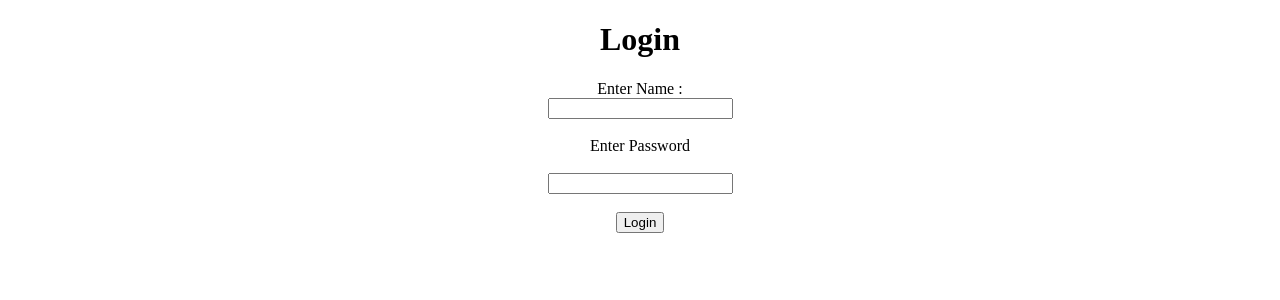
Repository: Vishalrathod8788/JEE
Page: Login/WebContent/index.html
These files come from the project's save history. The page is drawn as it stood at one moment and after the next save; the edit follows.
The browser window is 1280 px wide. The pictures show the whole page.

Above is the page before, as saved 2023-07-07 11:41:49.

### Login/WebContent/index.html
<!DOCTYPE html>
<html>
<head>
<meta charset="ISO-8859-1">
<title>Insert title here</title>
</head>
<body>
	<h1 style="text-align: center;">Login</h1>
	<form method="post" style="text-align: center;">
		Enter Name : <br />
		<input type="text" name="txtName" /><br /><br />
		Enter Password<br /><br />
		<input type="password" name="txtPass" /><br /><br />
		<input type="submit" value="Login">
	</form>
</body>
</html>

After the next save:
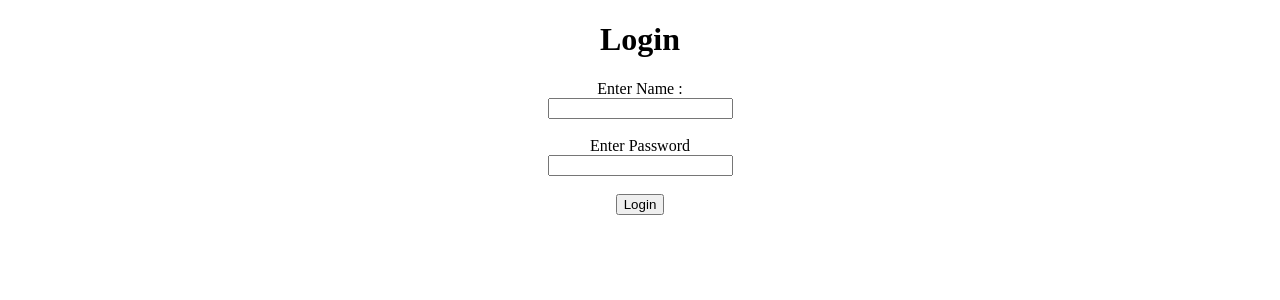
Saved 8 s later.
--- a/Login/WebContent/index.html
+++ b/Login/WebContent/index.html
@@ -9,7 +9,7 @@
 	<form method="post" style="text-align: center;">
 		Enter Name : <br />
 		<input type="text" name="txtName" /><br /><br />
-		Enter Password<br /><br />
+		Enter Password<br />
 		<input type="password" name="txtPass" /><br /><br />
 		<input type="submit" value="Login">
 	</form>
